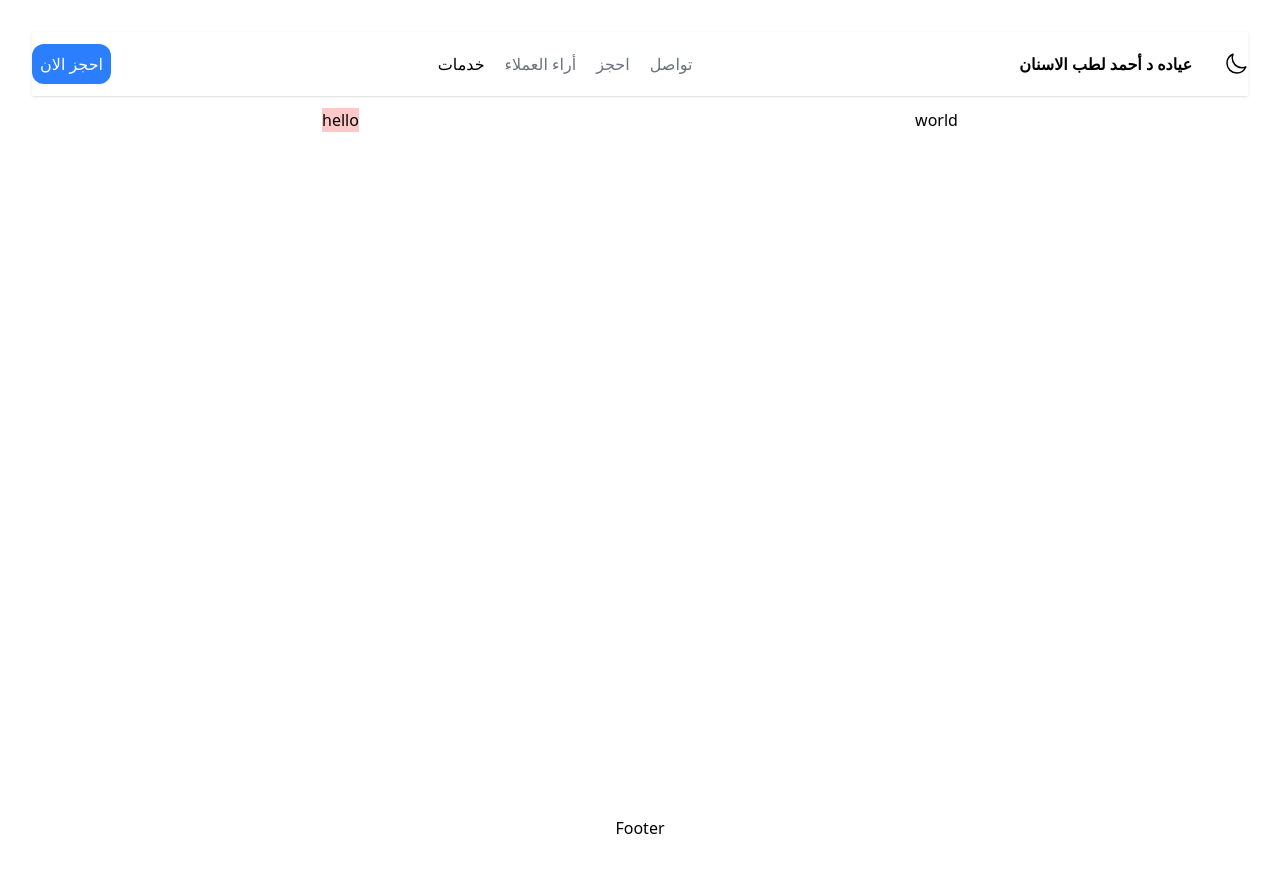
Repository: mohamedehab23-pro/clinic
Page: /
An editor plug-in stored every save of this project. The page is shown before and after a run of saves, followed by the edit.
The browser window is 1280 px wide. The pictures show the whole page.
The project was rebuilt for these pictures with package versions that can differ from the ones it lists, and the page was loaded fresh each time. Also part of the build but not shown: vite.config.js, src/Pages/AboutPage.jsx, src/Pages/ContactPage.jsx, src/Pages/NotFound.jsx, src/Components/Child.jsx, src/Components/Parent.jsx.

Above is the page before, as saved 2026-02-22 13:54:22.

After the next 3 saves:
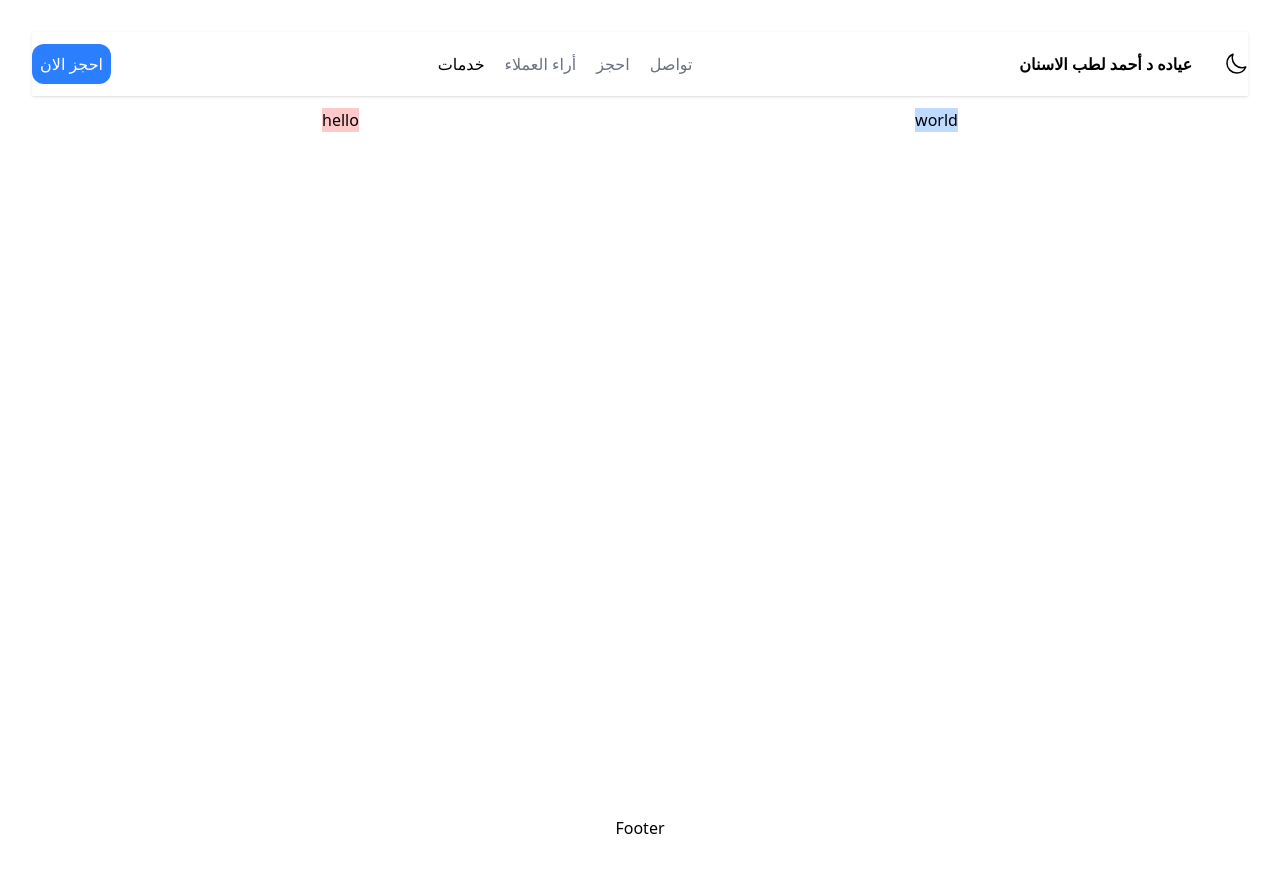
The 3 saves are shown as one change because they came seconds apart.
The last was saved 8 s later.
--- a/src/Pages/HeroPage.jsx
+++ b/src/Pages/HeroPage.jsx
@@ -7,7 +7,7 @@ export default function HomePage() {
 <div className='bg-red-200'>
   hello
 </div>
-<div>
+<div className='bg-blue-200'>
   world
 </div>
       </div>
